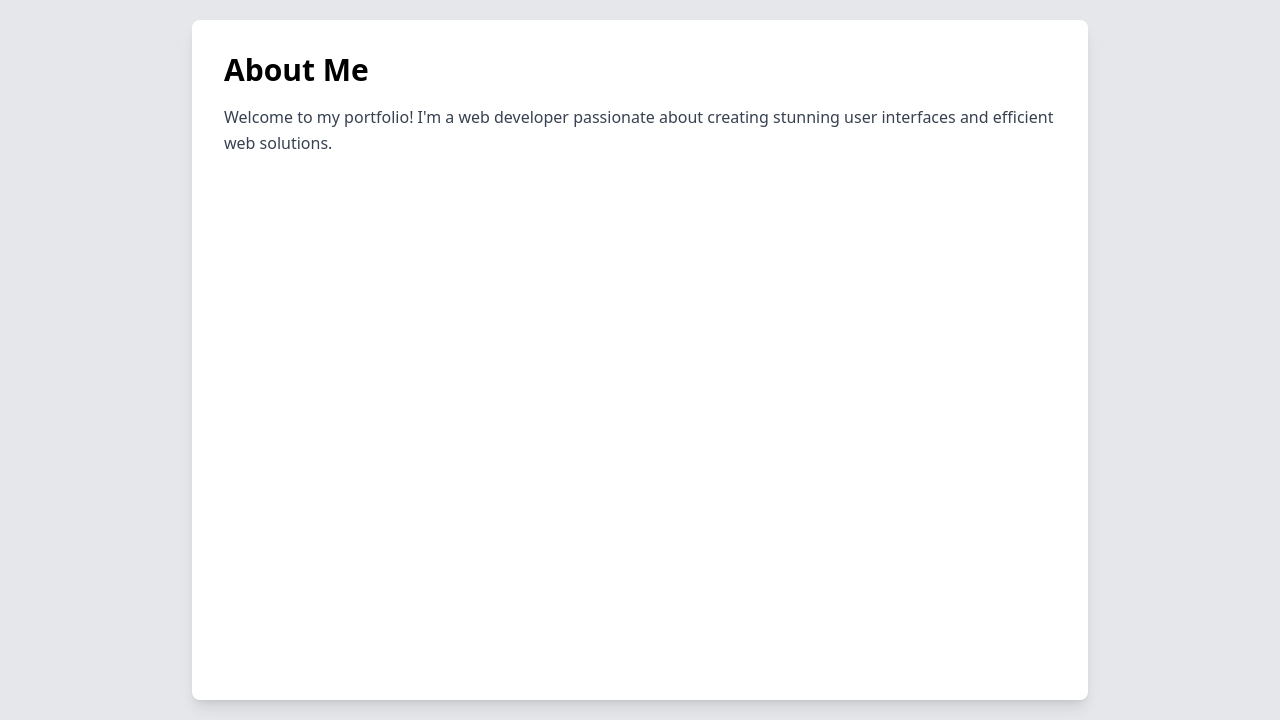
Repository: NikuMoradi/niku-moradi
Page: /
These files come from the project's save history. The page is drawn as it stood at one moment and after the next save; the edit follows.
The browser window is 1280 px wide. The pictures show the whole page.
The project was rebuilt for these pictures with package versions that can differ from the ones it lists, and the page was loaded fresh each time. The framework's server and built-in components were replaced by stand-ins that run in the browser. Also part of the build but not shown: nuxt.config.ts, components/Blog Posts/Component-Design.vue, components/Blog.vue, components/Contact.vue, components/Education.vue, components/Experience.vue, components/Hero.vue, components/LeftPanel.vue and 4 more.

Above is the page before, as saved 2024-11-29 09:06:21.

### assets/css/main.css
@tailwind base;
@tailwind components;
@tailwind utilities;

body {
  /* From https://css.glass */
  background: #ffffff;
}

@layer utilities {
  .panel-bg {
    background-color: blanchedalmond;
  }
}

### layouts/default.vue
<template>
  <div class="flex justify-center items-center min-h-screen bg-gray-200 px-4">
    <!-- Fixed Width Centered Card -->
    <div
      class="bg-white rounded-lg shadow-lg w-full max-w-4xl overflow-hidden"
      style="height: calc(100vh - 40px)"
    >
      <!-- Scrollable Content -->
      <div class="overflow-y-auto h-full">
        <NuxtPage />
      </div>
    </div>
  </div>
</template>

<style>
/* Add any custom global styles here */
body {
  background: linear-gradient(to bottom, #f0f0f0, #d0d0d0);
}
</style>

### app.vue
<!-- The app.vue is just holding the layout container and serving as the root.
 The default.vue layout handles the overall structure of the page.
All content from your pages will automatically be placed inside the NuxtPage slot of the layout.-->
<template>
  <NuxtLayout />
</template>

### pages/index.vue
<template>
  <div class="p-8">
    <h1 class="text-3xl font-bold mb-4">About Me</h1>
    <p class="text-gray-700 leading-relaxed">
      Welcome to my portfolio! I'm a web developer passionate about creating
      stunning user interfaces and efficient web solutions.
    </p>
  </div>
</template>

Loaded but not shown: tailwind.config.js (common file); plugins/aos.client.js (no copy from this time; the picture is the same without it)

After the next save:
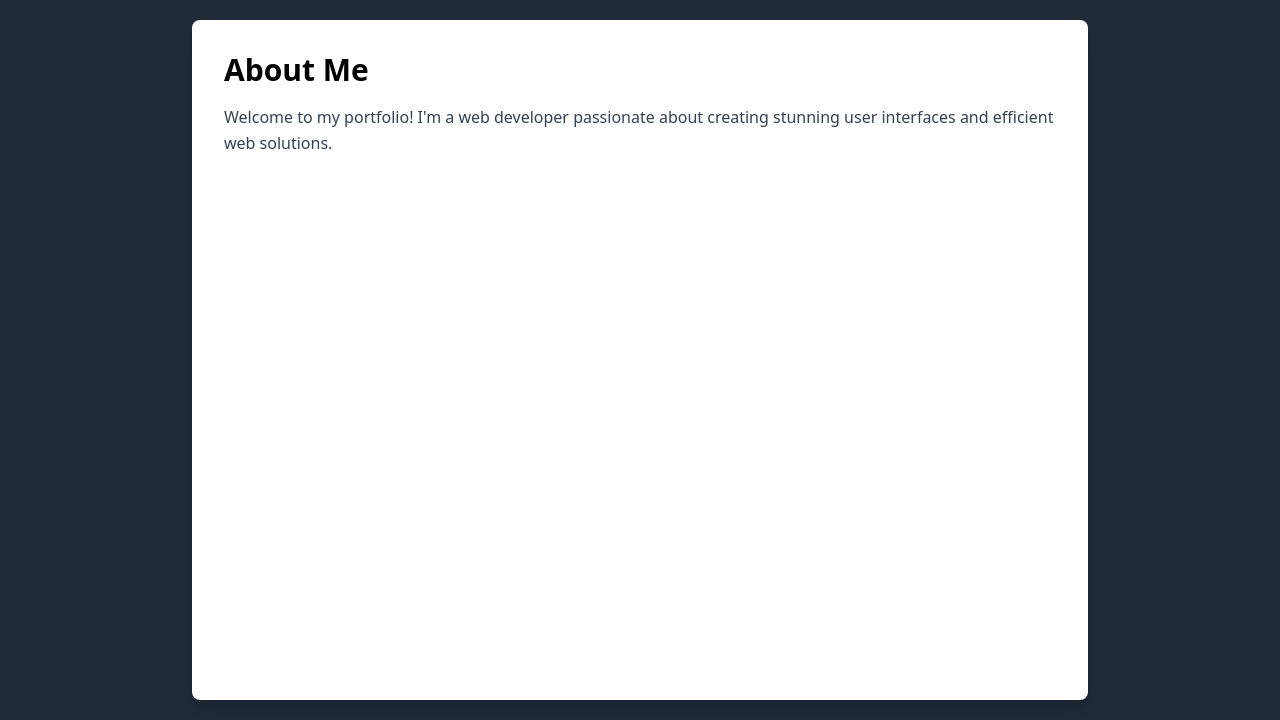
Saved 12 s later.
--- a/layouts/default.vue
+++ b/layouts/default.vue
@@ -1,5 +1,5 @@
 <template>
-  <div class="flex justify-center items-center min-h-screen bg-gray-200 px-4">
+  <div class="flex justify-center items-center min-h-screen bg-gray-800 px-4">
     <!-- Fixed Width Centered Card -->
     <div
       class="bg-white rounded-lg shadow-lg w-full max-w-4xl overflow-hidden"
